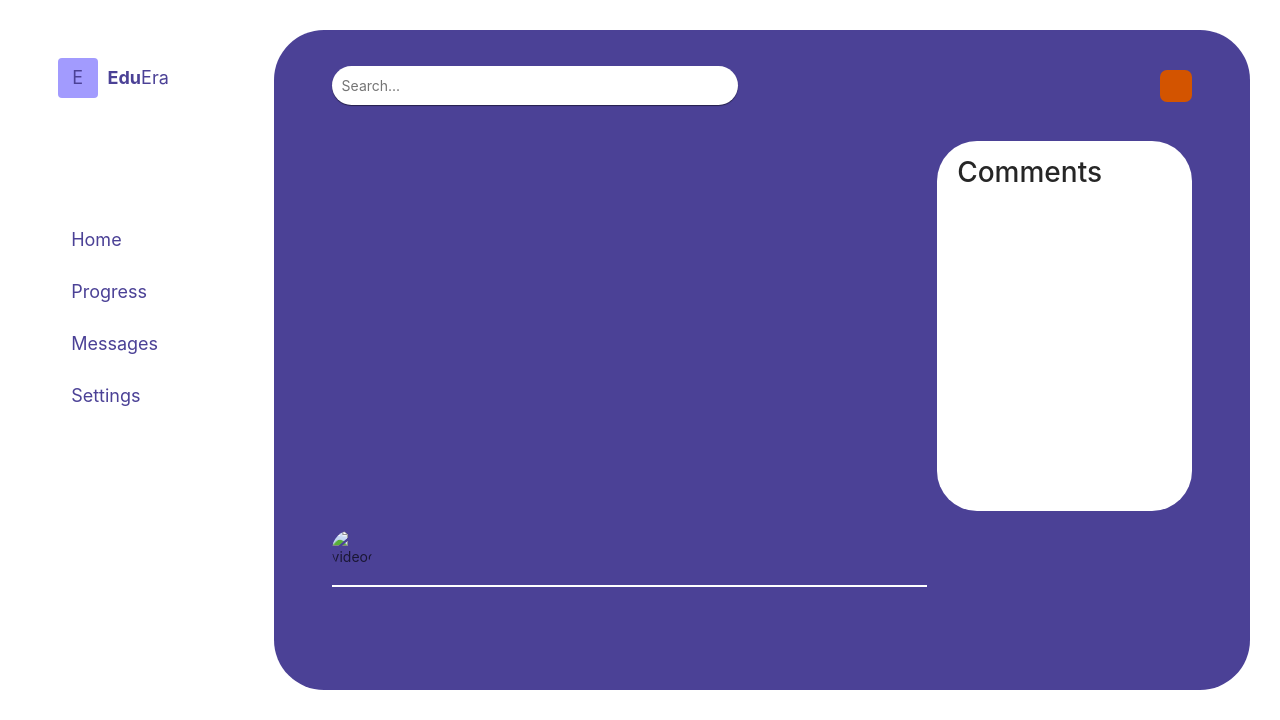
Repository: huynhnt1406/coursestorage
Page: /videodetail/1 (app in coursestorage/)
These files come from the project's save history. The page is drawn as it stood at one moment and after the next save; the edit follows.
The browser window is 1280 px wide. The pictures show the whole page.
The page's requests for data from a server got no answer. The project was rebuilt for these pictures with package versions that can differ from the ones it lists, and the page was loaded fresh each time. No one was signed in, and anything a server would have sent is missing. Also part of the build but not shown: coursestorage/src/components/ListItems.vue, coursestorage/src/components/VideoList.vue, coursestorage/src/smallcomponents/Messages.vue, coursestorage/src/smallcomponents/Progress.vue, coursestorage/src/smallcomponents/Settings.vue.

Above is the page before, as saved 2021-05-02 01:09:43.

### coursestorage/src/main.js
import Vue from 'vue'
import App from './App.vue'
import 'ant-design-vue/dist/antd.css'
import Antd from 'ant-design-vue';
import router from './router/index';
import store from './stores/index'
Vue.config.productionTip = false
Vue.use(Antd);
new Vue({
  router,
  store,
  render: h => h(App),
}).$mount('#app')

### coursestorage/src/App.vue
<template>
  <div class="container">
    <div class="sidebar">
      <Sidebar/>
    </div>
    <div class="main">
      <SearchBar/>
      <router-view/>
    </div>
  </div>
</template>

<script>
import Sidebar from './components/Sidebar'
import SearchBar from './components/SearchBar'
export default {
  components:{
    Sidebar,
    SearchBar,
  }
}
</script>

<style>
*{
  margin:0
}
.container{
  background-color:white;
  min-height: 100vh;
  display: flex;
}
.main{
  flex:0.8;
  background-color:#4b4196;
  margin:30px;
  border-radius: 50px;
}
</style>

### coursestorage/src/router/index.js
import Vue from 'vue'
import VueRouter from 'vue-router'
import VideoList from '../components/VideoList'
import Messages from '../smallcomponents/Messages'
import Progress from '../smallcomponents/Progress'
import Settings from '../smallcomponents/Settings'
import VideoDetail from '../smallcomponents/VideoDetail'
Vue.use(VueRouter)
const routes = [
    {
        path:'/',
        name:'VideoList',
        component:VideoList
    },
    {
        path:'/progress',
        name:'Progress',
        component:Progress
    },
    {
        path:'/messages',
        name:'Messages',
        component:Messages
    },
    {
        path:'/settings',
        name:'Settings',
        component:Settings
    },
    {
        path:'/videodetail/:id',
        name:'VideoDetail',
        component:VideoDetail,
        props:true
    }
]
export default new VueRouter({
    routes,
    mode:'history'
})

### coursestorage/src/stores/index.js
import Vue from 'vue'
import Vuex from 'vuex'
import videolists from './modules/videolists'
Vue.use(Vuex)

export default new Vuex.Store({
    modules:{
        videolists
    }
})

### coursestorage/src/components/Sidebar.vue
<template>
  <div class="sidebar">
      <div class="sidebar-header">
          <a-avatar shape="square" size="large" style="backgroundColor:#a29bfe ; marginRight:10px">E</a-avatar>
          <span><strong>Edu</strong>Era</span>
      </div>
      <div class="sidebar-links">
          <div class="link">
              <a-icon style="color:#a29bfe " type="appstore"/>
              <router-link class="sidebar-link" to="/"><span>Home</span></router-link>
          </div>
           <div class="link">
               <a-icon style="color:#a29bfe " type="bar-chart" />
               <router-link class="sidebar-link" to="/progress"><span>Progress</span></router-link>
          </div>
           <div class="link">
                <a-icon style="color:#a29bfe " type="message" />
                <router-link class="sidebar-link" to="/messages">

                <span>Messages</span></router-link>
          </div>
           <div class="link">
                <a-icon style="color:#a29bfe ; opacity:0.7" type="setting" />
                <router-link class="sidebar-link" to="/settings"><span>Settings</span></router-link>
          </div>
      </div>
  </div>
</template>

<script>
export default {

}
</script>

<style>
.sidebar{
    flex:0.2;
    background-color:white;
}
.sidebar-header{
    display: flex;
    align-items: center;
    padding:8vh 0 8vh 8vh
}
.sidebar-header span{
    color:#4b4196;
    font-size: large;
}
.sidebar-links{
    padding:8.5vh;
}
.link{
    display: flex;
    margin-bottom:5px;
    align-items: center;
    padding:10px 0 10px 0;
    color:#4b4196;
}
.sidebar-link{
    color:#4b4196;
    font-size: 18px;
}
.sidebar-link:focus{
    color:#d35400;
}
.link span{
    margin-left:10px;
}
.link:hover{
    color:#d35400;
    cursor: pointer;
}
</style>

### coursestorage/src/components/SearchBar.vue
<template>
  <div class="searchbar">
    <div class="search-tool">
        <a-icon type="search"  />
        <input type="text" placeholder="Search..." >
    </div>
    <div class="icons">
        <a-avatar shape="square" icon="user" type="user" style="color:black ;backgroundColor:transparent; border-radius:7px "  />
        <a-avatar shape="square" style="backgroundColor:#d35400 ;border-radius:7px " icon="fire" />
    </div>
  </div>
</template>

<script>
export default {

}
</script>

<style>
.searchbar{
    padding:5vh 8vh 5vh 8vh;
    display: flex;
    justify-content: space-between;
    align-items: center;
    flex:1;
}
.search-tool {
    background-color: white;
    box-shadow: 0 1px 1px rgba(0,0,0,.5);
    padding:8px;
    flex:0.5;
    border-radius: 20px;
}
.search-tool input{
    width: 50%;
    background-color: transparent;
    border:none;
    outline:none;
}
</style>

### coursestorage/src/smallcomponents/VideoDetail.vue
<template>
    <div class="video-detail">
        <div class="video-actions">
            <div class="video-left">
                <iframe height="370px" width="100%" :src="videodata.videoLink" frameborder="0"></iframe>
                <div class="video-stats">
                    <div class="stats-left">
                        <img :src="videodata.avatarUrl" alt="videodata.name">
                        <span>{{videodata.channelName}}</span>
                    </div>
                    <div class="stats-rights">
                        <div class="button">
                            <a-icon style="margin-right:5px ; color:white; font-weight:bold" type="like" />
                            <span>{{videodata.numLike}}</span>
                        </div>
                        <div class="button">
                            <a-icon style="margin-right:5px ; color:white; font-weight:bold" type="dislike" />
                            <span>{{videodata.numDislike}}</span>
                        </div>
                        <div style="margin-right:5px ; color:white; font-weight:bold" class="button">
                            <a-icon type="share-alt" />
                        </div>
                    </div>
                </div>
            </div>
            <div class="video-right">
                <h1>Comments</h1>
            </div>
        </div>
        <div class="video-subtitle">
            <h3>{{videodata.name}}</h3>
        </div>
    </div>
</template>

<script>
import axios from 'axios'
export default {
    props:{
        id:Number
    },
    data(){
        return{
            videodata:{
                id:'',
                name:'',
                numLike:'',
                numDislike:'',
                avatarUrl:'',
                videoLink:'',
                channelName:''
            }
        }
    },
    created(){
        axios.get(`http://localhost:3000/videolists/${this.id}`)
            .then(res => this.videodata = res.data)
    }
}
</script>

<style>
.video-actions{
    display: flex;
}
.video-left{
    flex:0.7;
}
.video-detail{
    margin-left: 8vh;
    margin-right: 8vh;
}
.stats-left img{
    height: 40px;
    width: 40px;
    border-radius: 50%;
}
.stats-left{
    display: flex;
    align-items: center;
}
.stats-rights{
    display: flex;
    align-items: center;
}
.video-stats{
    display: flex;
    justify-content: space-between;
    align-items: center;
    padding-top:2vh;
    padding-bottom: 2vh;
    border-bottom: 2px solid white;
}
.button{
    margin-left:3vh;
}
.video-left iframe {
    border-radius: 40px;
}
.stats-left span{
    font-weight: 700;
    color:white;
    font-size: 16px;
    margin-left:10px;
}
.button span{
    font-weight: 500;
    color:white;
    font-size: 15px;

}
.video-subtitle h3{
    margin-top: 2vh;
    color:white;
}
.video-right{
    background-color: white;
    height: 370px;
    flex:0.3;
    margin-left:10px;
    border-radius: 40px;
}
.video-right h1{
    padding:10px 20px 10px 20px;
}
</style>

### coursestorage/src/stores/modules/videolists.js
const state = {
    videolists:[
        {
            id:1,
            name:"Laravel 8 REST API With Sanctum Authentication",
            minutes:'54:14',
            avatarUrl:'https://yt3.ggpht.com/ytc/AAUvwng963DN2_MIbKuvMWRrN4KG920h3Y4YHg6KET9vZg=s176-c-k-c0x00ffffff-no-rj',
            thumnailUrl:'https://i.ytimg.com/vi/MT-GJQIY3EU/maxresdefault.jpg',
            channelName:'Traversy Media',
        },
        {
            id:2,
            name:"Node.js and Express.js - Full Course",
            minutes:'8:16:47',
            avatarUrl:'https://yt3.ggpht.com/ytc/AAUvwnifaQZvAunS0OFb2y_cieoVjLCVjqQW8Exf3BC1gg=s176-c-k-c0x00ffffff-no-rj',
            thumnailUrl:'https://i.ytimg.com/vi/Oe421EPjeBE/maxresdefault.jpg',
            channelName:'freeCodeCamp.org',
        },
        {
            id:3,
            name:"React JS - React Tutorial for Beginners",
            minutes:'2:25:26',
            avatarUrl:'https://yt3.ggpht.com/ytc/AAUvwnj82Lirw0dg6V5pJWAcWdG22OESyldUcDwAFEqQWg=s176-c-k-c0x00ffffff-no-rj',
            thumnailUrl:'https://i.ytimg.com/vi/Ke90Tje7VS0/maxresdefault.jpg',
            channelName:'Programming with Mosh',
        },
        {
            id:4,
            name:"Vuex Crash Course | State Management",
            minutes:'1:01:18',
            avatarUrl:'https://yt3.ggpht.com/ytc/AAUvwng963DN2_MIbKuvMWRrN4KG920h3Y4YHg6KET9vZg=s176-c-k-c0x00ffffff-no-rj',
            thumnailUrl:'https://i.ytimg.com/vi/5lVQgZzLMHc/maxresdefault.jpg',
            channelName:'Travesy Media',
        }
    ]
}
const getters = {
    allVideos: (state) => state.videolists
}
const actions = {}
const mutations = {}
export default {
    state, getters,actions,mutations
}

Loaded but not shown: coursestorage/public/index.html (common file)

After the next save:
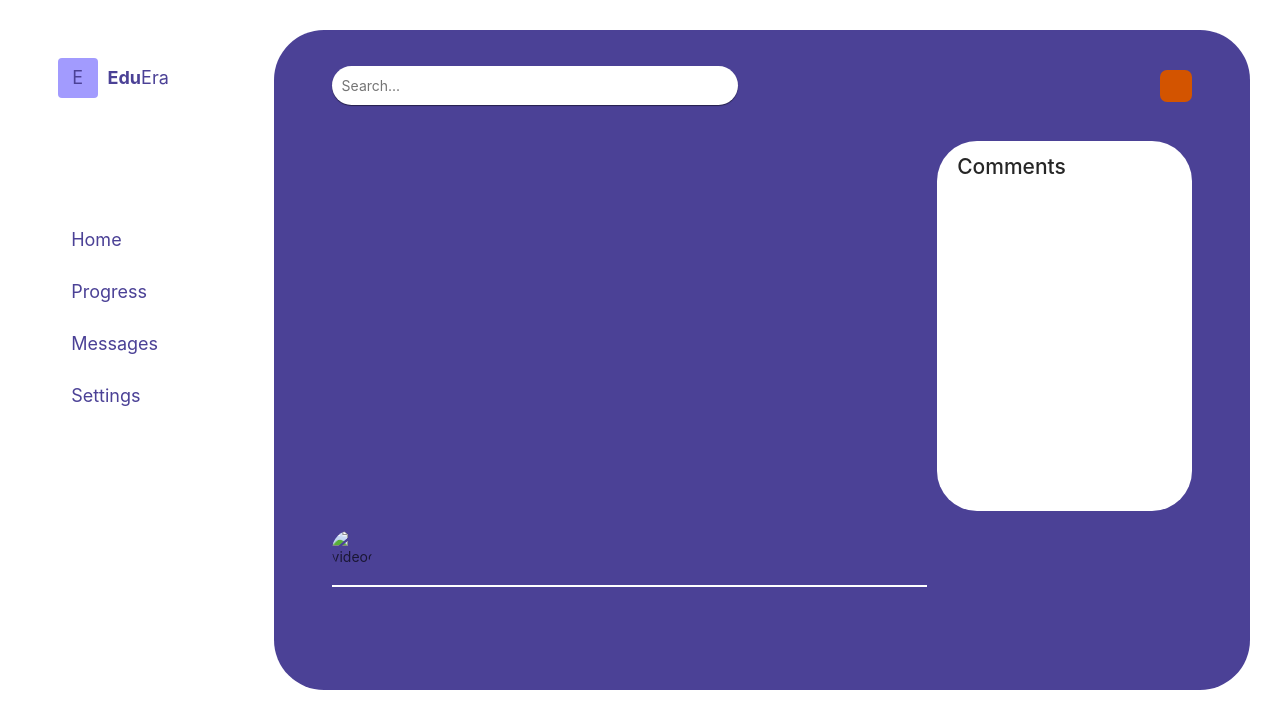
Saved 15 s later.
--- a/coursestorage/src/smallcomponents/VideoDetail.vue
+++ b/coursestorage/src/smallcomponents/VideoDetail.vue
@@ -24,7 +24,7 @@
                 </div>
             </div>
             <div class="video-right">
-                <h1>Comments</h1>
+                <h2>Comments</h2>
             </div>
         </div>
         <div class="video-subtitle">
@@ -120,7 +120,7 @@ export default {
     margin-left:10px;
     border-radius: 40px;
 }
-.video-right h1{
+.video-right h2{
     padding:10px 20px 10px 20px;
 }
 </style>
